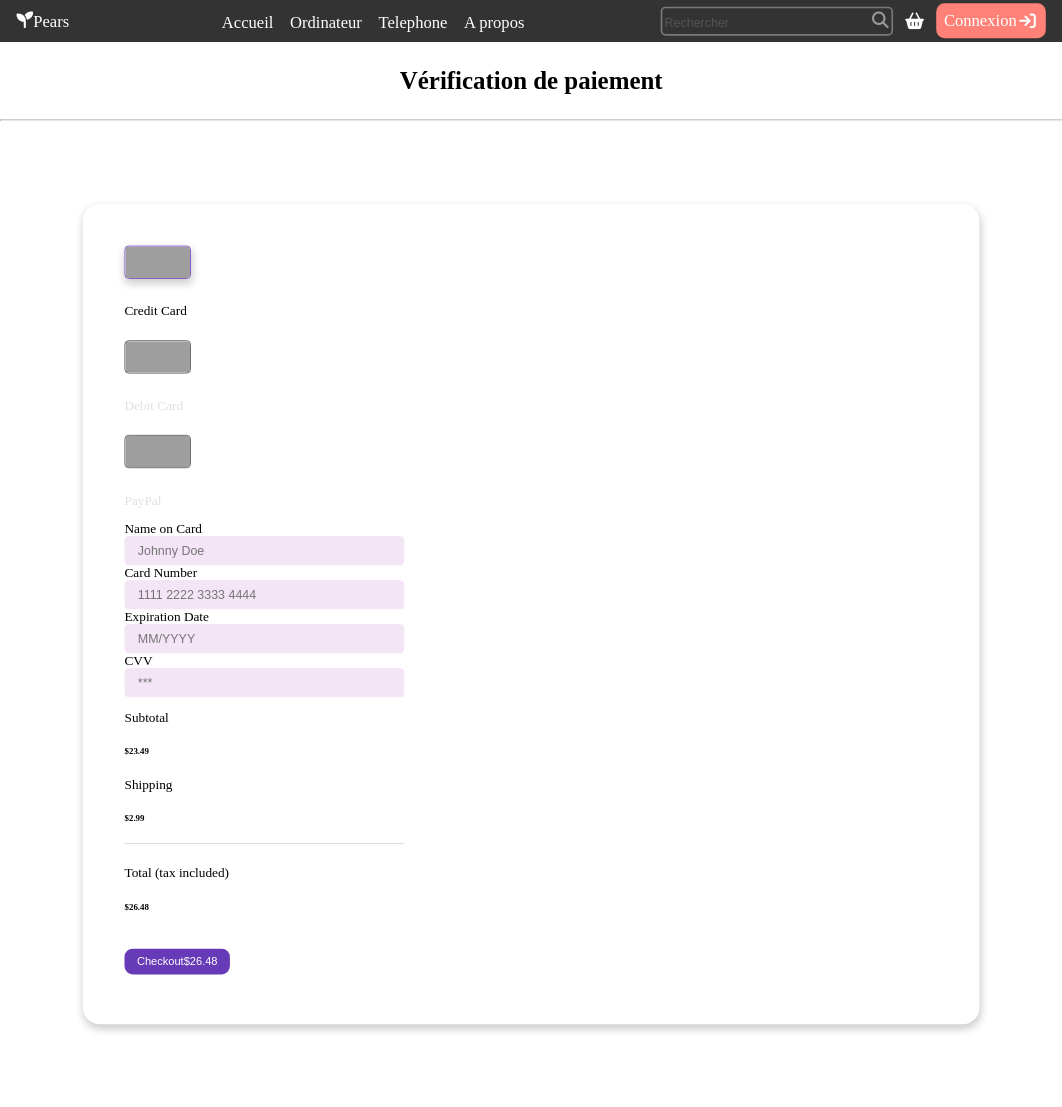
Repository: Kakouuu/PPE1-iPear
Page: http://localhost/Stage/verifpaiement.php
The author's editor kept a copy of each file at every save. The page is drawn from the files as they stood at one save, then again after the next save.
The browser window is 1280 px wide. The pictures show the whole page, at 83% of full size.
Pictures or frames that could not be fetched are drawn as grey boxes. Some web libraries are served in a nearby version. The page is run by PHP 8.4 with error messages shown; the project is at /var/www/html/.

Above is the page before, as saved 2023-04-28 16:24:03.

After the next save:
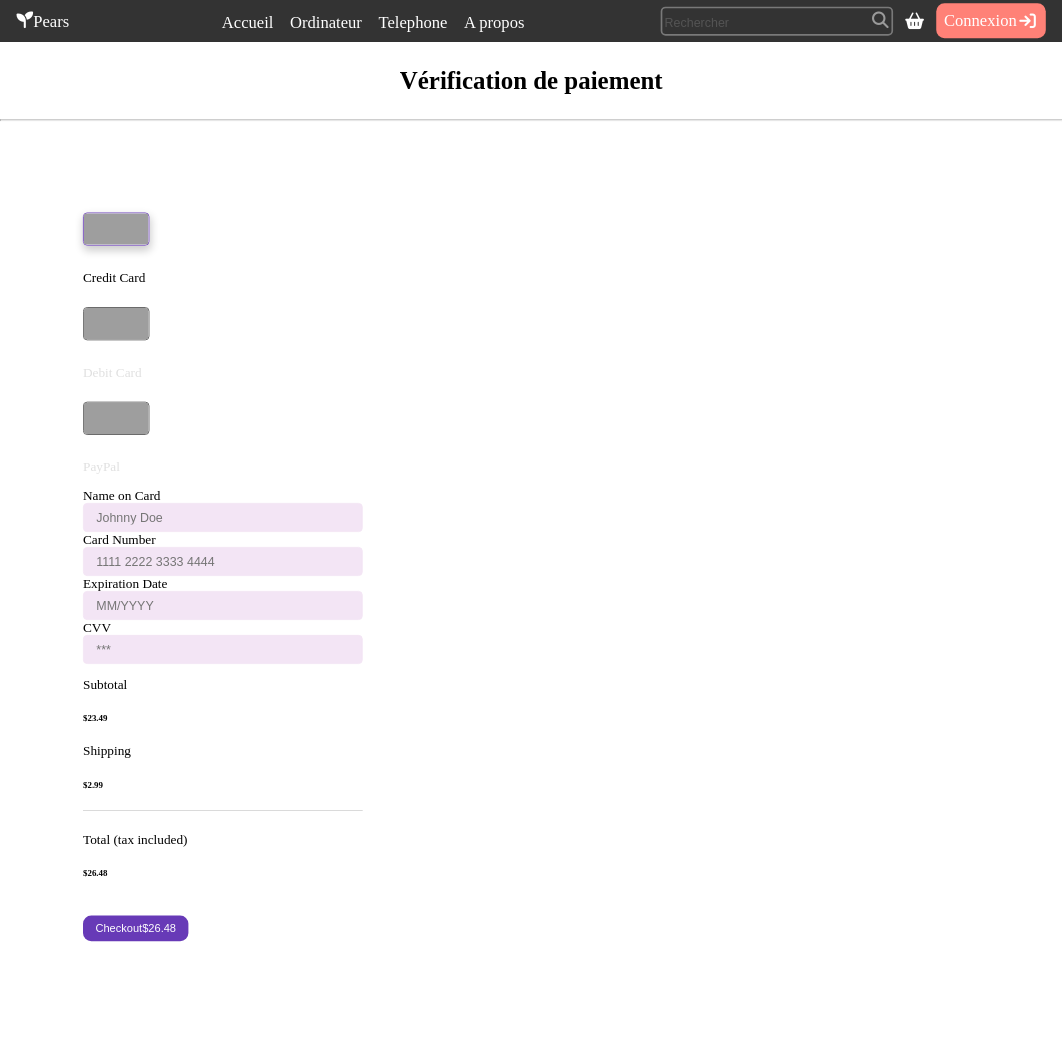
Saved 8 s later.
--- a/verifpaiement.php
+++ b/verifpaiement.php
@@ -26,7 +26,7 @@
 
     <div class="row justify-content-center" style="margin:100px">
         <div class="col-lg-12">
-            <div class="card" style="display : flex;">
+            <div style="display : flex;">
                 <div class="row">
                     <div class="col-lg-3 radio-group">
                         <div class="row d-flex px-3 radio"> <img class="pay" src="https://i.imgur.com/WIAP9Ku.jpg">

After the save that followed:
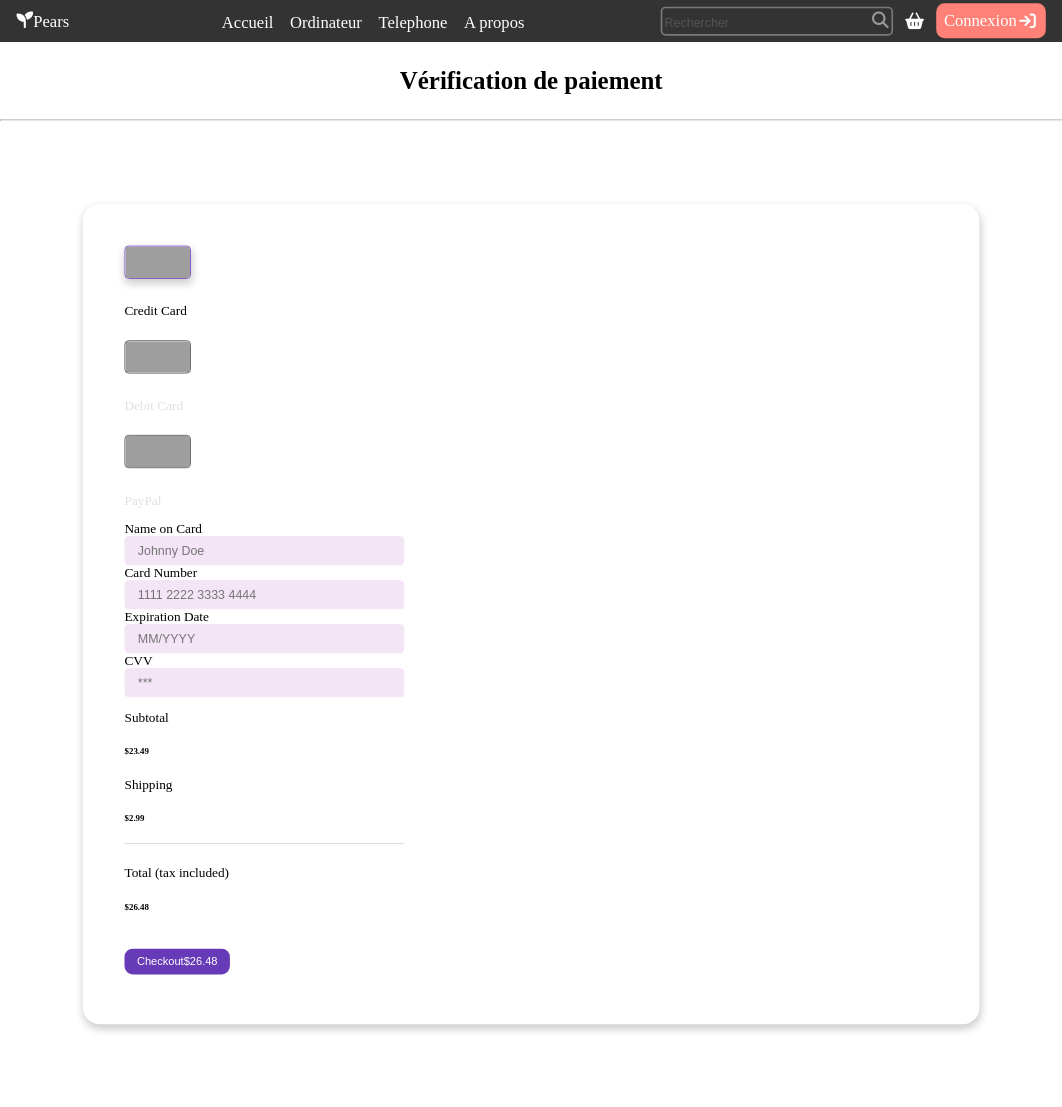
Saved 8 s later.
--- a/verifpaiement.php
+++ b/verifpaiement.php
@@ -26,7 +26,7 @@
 
     <div class="row justify-content-center" style="margin:100px">
         <div class="col-lg-12">
-            <div style="display : flex;">
+            <div class="card" style="display : flex;">
                 <div class="row">
                     <div class="col-lg-3 radio-group">
                         <div class="row d-flex px-3 radio"> <img class="pay" src="https://i.imgur.com/WIAP9Ku.jpg">
